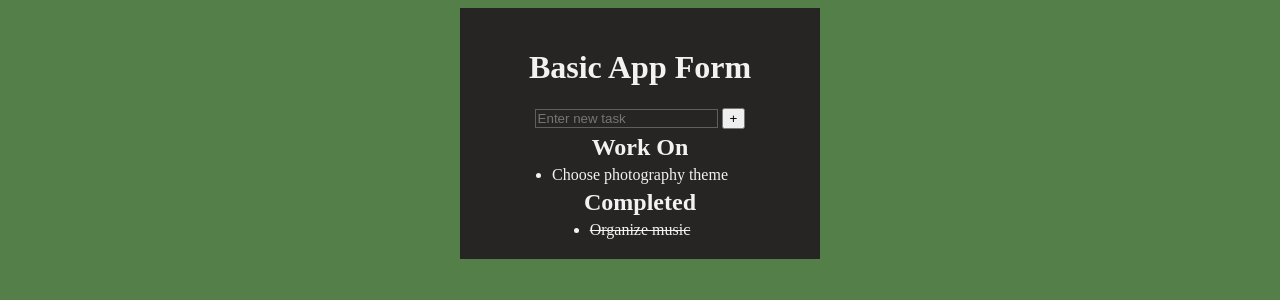
Repository: Kayla-amr/dgm_3760
Page: todoTemplate-W2/index.html
An editor plug-in stored every save of this project. The page is shown before and after the next save, followed by the edit.
The browser window is 1280 px wide. The pictures show the whole page.

Above is the page before, as saved 2022-10-17 18:06:00.

After the next save:
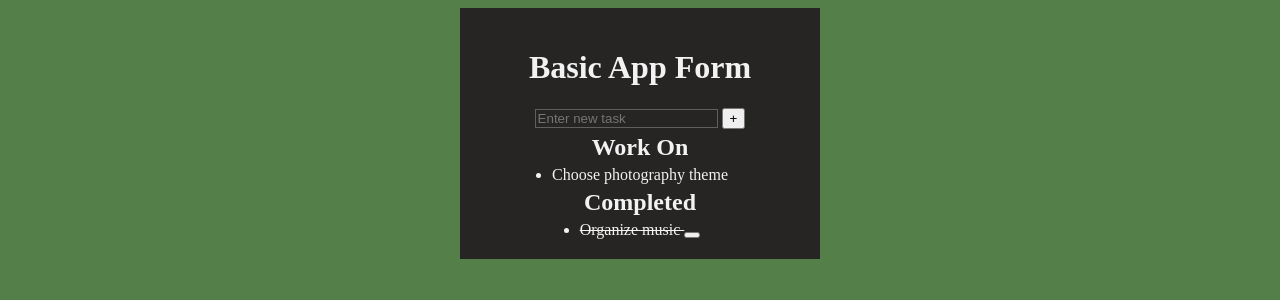
Saved 5 s later.
--- a/todoTemplate-W2/index.js
+++ b/todoTemplate-W2/index.js
@@ -31,7 +31,7 @@ function displayTodos(todos) {
       todoTaskUl.innerHTML += `<li data-todoId='${myTask.id}'> ${myTask.name} </li>`;
     } else {
       completedTaskUL.style.textDecoration = 'line-through'
-      completedTaskUL.innerHTML += `<li data-todoId='${myTask.id}'> ${myTask.name} <b</li>`;
+      completedTaskUL.innerHTML += `<li data-todoId='${myTask.id}'> ${myTask.name} <button></li>`;
     }
 
 	});
